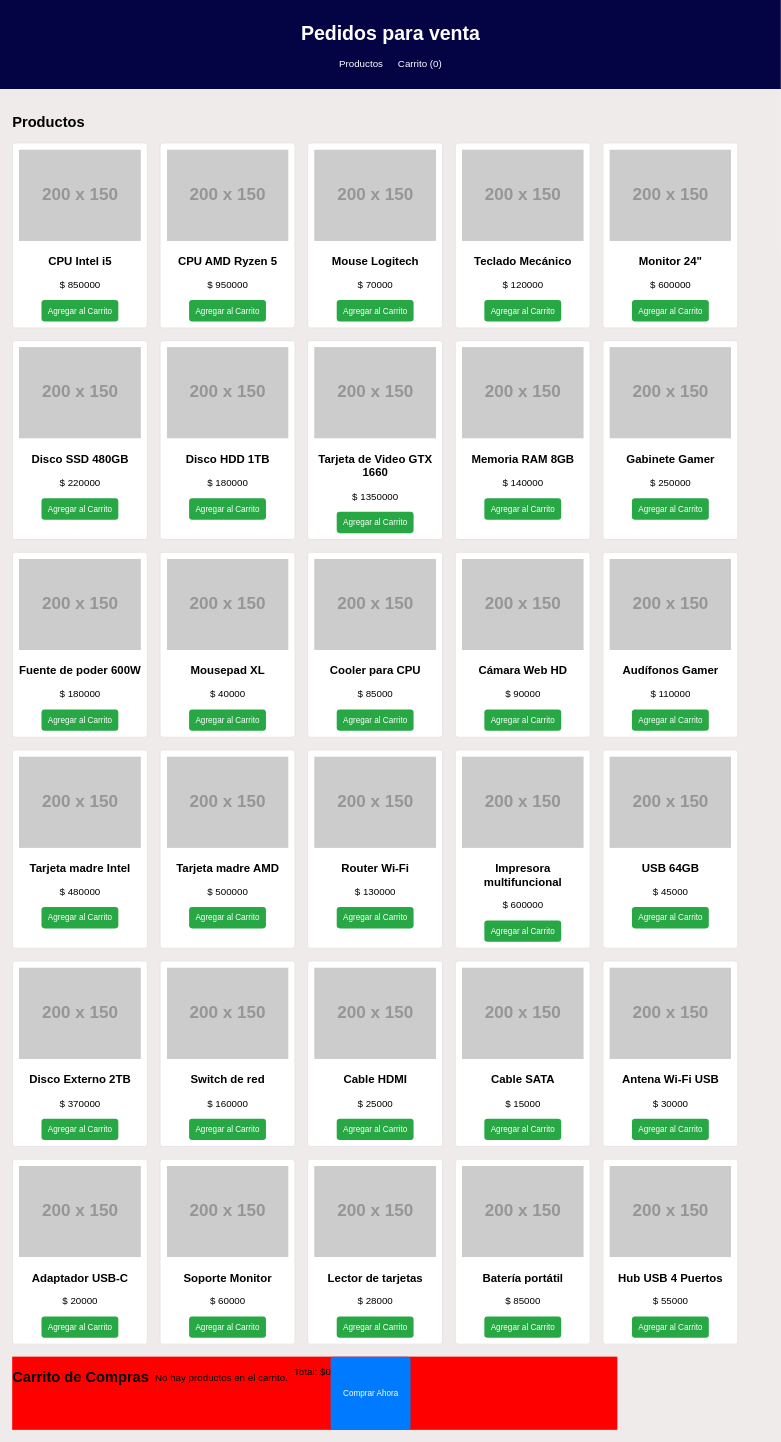
Repository: ye909/RAVPIP
Page: src/templei/ventasPortatil.html
An editor plug-in stored every save of this project. The page is shown before and after the next save, followed by the edit.
The browser window is 1280 px wide. The pictures show the whole page, at 61% of full size.

Above is the page before, as saved 2025-04-10 08:02:06.
Console error: ReferenceError: updateCart is not defined

After the next save:
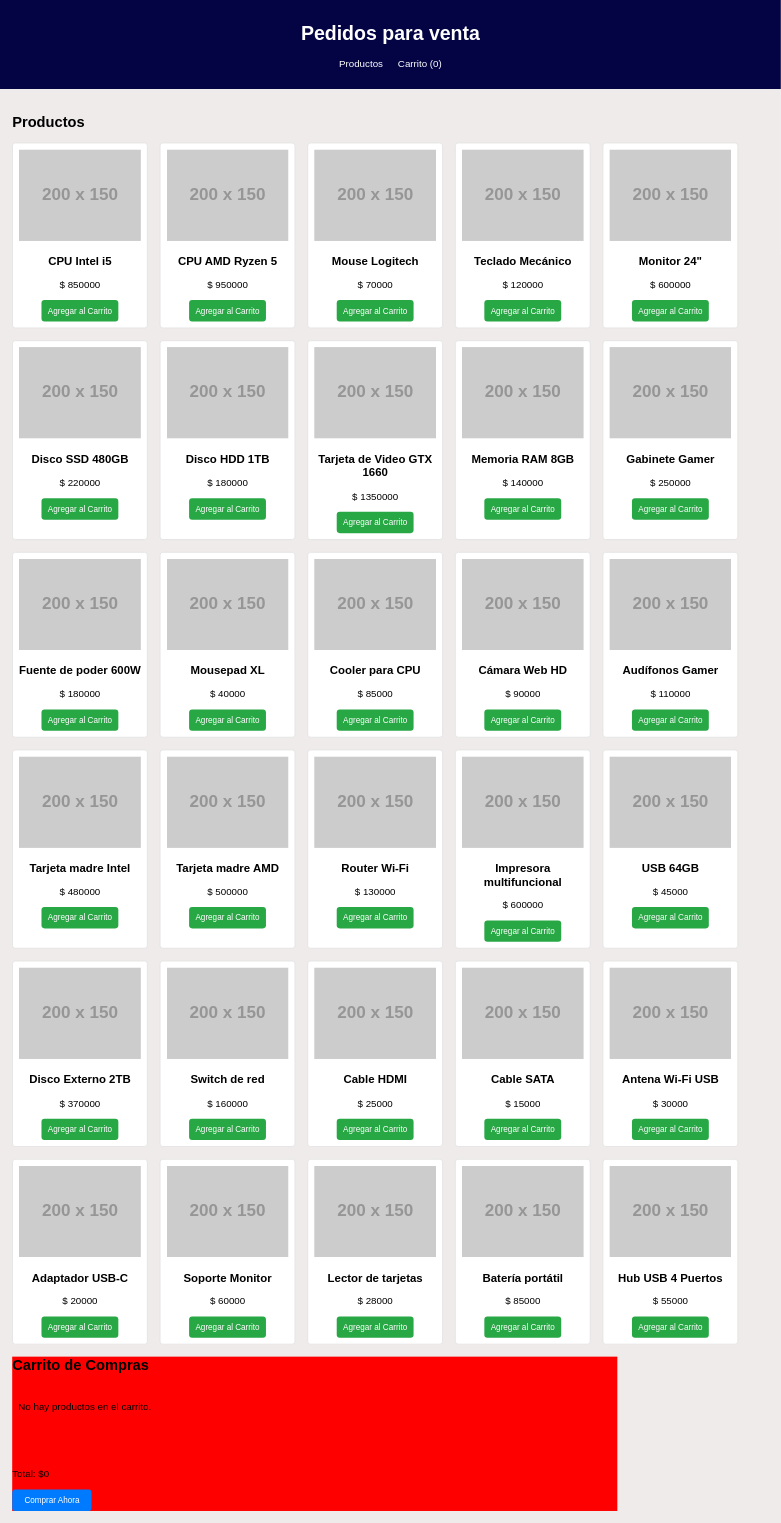
Saved 10 s later.
--- a/src/css/ventas.css
+++ b/src/css/ventas.css
@@ -88,9 +88,7 @@ body {
     background-color: #ccc;
   }
   .carrito{
-    display: flex;
-    justify-items: center;
-   text-align: center;
+
    background:red;
    width:80%;
   }
